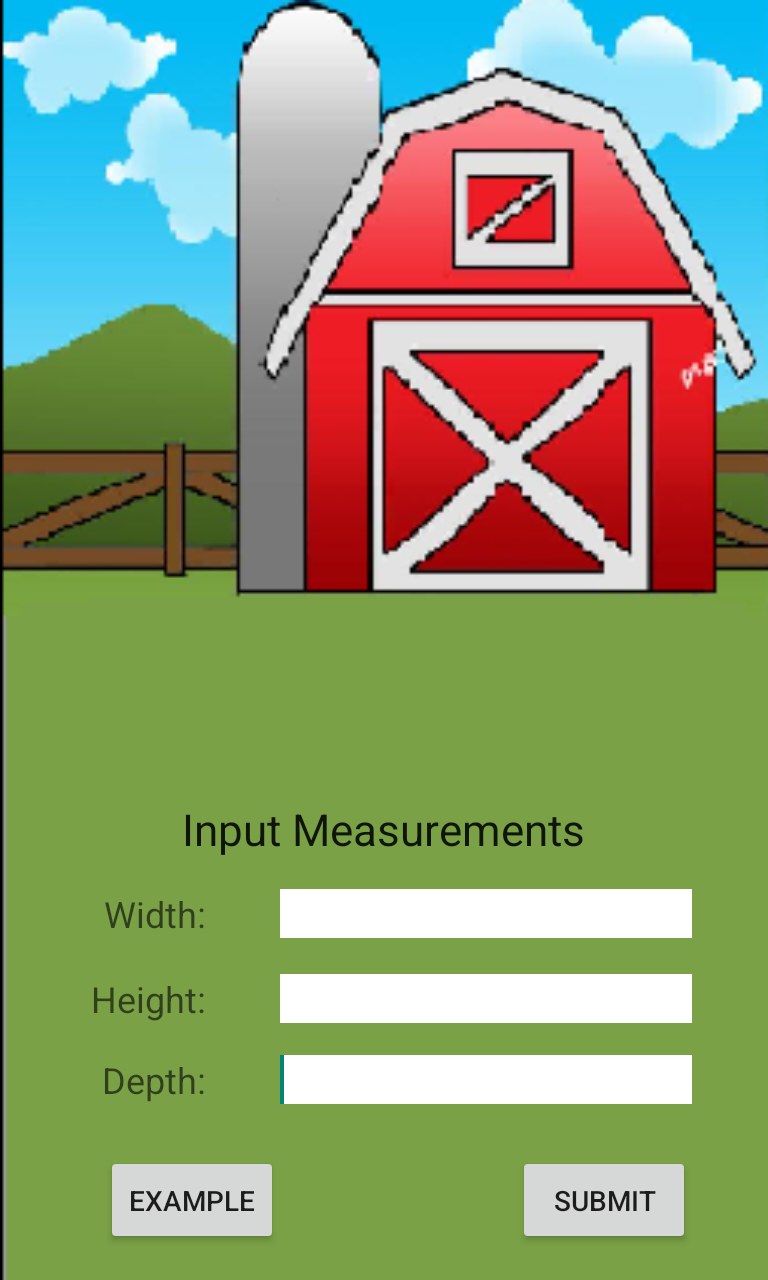
Repository: jdmielke/AnimalApp
Layout: AWEA/res/layout/measurements.xml
The author's editor kept a copy of each file at every save. The layout is drawn from the files as they stood at one save, then again after the next save.
It is drawn on a 768 x 1280 px phone screen (xhdpi) without system bars, with theme AppTheme; the app's code is not run.

Above is the layout before, as saved 2014-10-16 02:44:03.

After the next save:
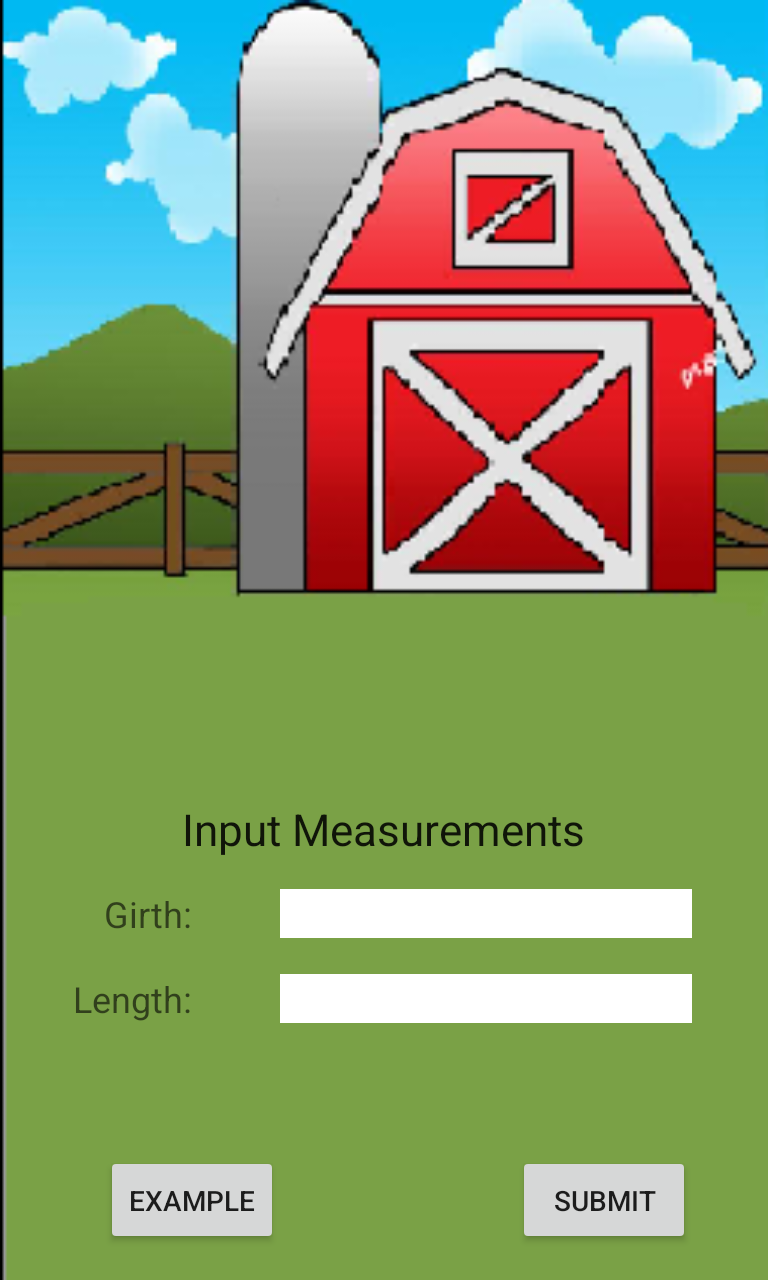
Saved 45 s later.
--- a/AWEA/res/layout/measurements.xml
+++ b/AWEA/res/layout/measurements.xml
@@ -28,7 +28,7 @@
         android:layout_alignTop="@+id/textView1"
         android:layout_marginLeft="36dp"
         android:layout_marginTop="45dp"
-        android:text="Width:"
+        android:text="Girth:"
         android:textAppearance="?android:attr/textAppearanceMedium" />
 
     <TextView
@@ -38,17 +38,7 @@
         android:layout_alignRight="@+id/textView2"
         android:layout_below="@+id/textView2"
         android:layout_marginTop="18dp"
-        android:text="Height:"
-        android:textAppearance="?android:attr/textAppearanceMedium" />
-
-    <TextView
-        android:id="@+id/textView4"
-        android:layout_width="wrap_content"
-        android:layout_height="wrap_content"
-        android:layout_alignRight="@+id/textView3"
-        android:layout_below="@+id/textView3"
-        android:layout_marginTop="16dp"
-        android:text="Depth:"
+        android:text="Length:"
         android:textAppearance="?android:attr/textAppearanceMedium" />
 
     <Button
@@ -94,20 +84,4 @@
         android:digits="1234567890"
         android:background="#ffffff"  />
 
-    <EditText
-        android:id="@+id/editText3"
-        android:layout_width="wrap_content"
-        android:layout_height="wrap_content"
-        android:layout_alignBaseline="@+id/textView4"
-        android:layout_alignBottom="@+id/textView4"
-        android:layout_alignRight="@+id/editText2"
-        android:layout_toRightOf="@+id/button2"
-        android:background="#ffffff"
-        android:inputType="phone"
-        android:digits="1234567890"
-        android:ems="10" >
-
-        <requestFocus />
-    </EditText>
-
 </RelativeLayout>
